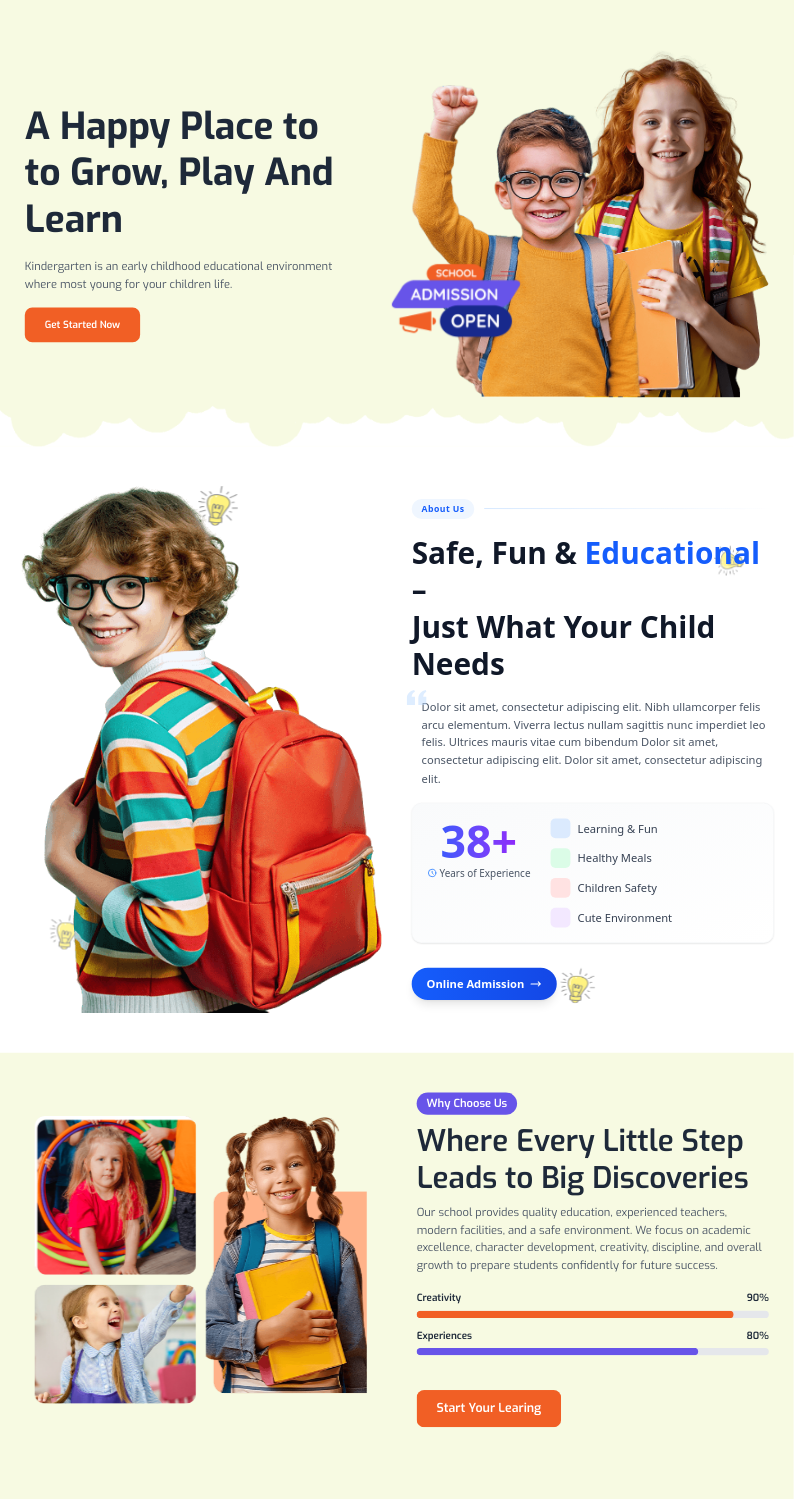
Repository: deepak445566/school
Page: / (app in okwork/)
These files come from the project's save history. The page is drawn as it stood at one moment and after a run of saves; the edit follows.
The browser window is 1280 px wide. The pictures show the whole page, at 62% of full size.
Some web fonts or font styles are not loaded; a fallback is used. The project was rebuilt for these pictures with package versions that can differ from the ones it lists, and the page was loaded fresh each time. Some packages were replaced by stand-ins written for this rebuild. Also part of the build but not shown: okwork/vite.config.js.

Above is the page before, as saved 2026-02-18 19:03:07.

### okwork/index.html
<!doctype html>
<html lang="en">
  <head>
    <meta charset="UTF-8" />
    <link rel="icon" type="image/svg+xml" href="/vite.svg" />
    <meta name="viewport" content="width=device-width, initial-scale=1.0" />
    <title>okwork</title>
    <link rel="preconnect" href="https://fonts.googleapis.com">
<link rel="preconnect" href="https://fonts.gstatic.com" crossorigin>
<link href="https://fonts.googleapis.com/css2?family=Abril+Fatface&family=Alan+Sans:wght@300..900&family=Big+Shoulders:opsz,wght@10..72,100..900&family=Exo+2:ital,wght@0,100..900;1,100..900&family=Exo:ital,wght@0,100..900;1,100..900&family=Montserrat:ital,wght@0,100..900;1,100..900&family=Orbitron:wght@400..900&family=Poppins:ital,wght@0,100;0,200;0,300;0,400;0,500;0,600;0,700;0,800;0,900;1,100;1,200;1,300;1,400;1,500;1,600;1,700;1,800;1,900&family=Prata&family=Rajdhani:wght@300;400;500;600;700&display=swap" rel="stylesheet">
  </head>
  <body>
    <div id="root"></div>
    <script type="module" src="/src/main.jsx"></script>
  </body>
</html>

### okwork/src/index.css
@import "tailwindcss";


.exo {
  font-family: "Exo", sans-serif;

  font-style: normal;
}

### okwork/src/App.jsx
import React from 'react'
import Home from './components/Home'
import About from './components/About'
import WhyChooseUs from './components/WhyChooseUs'

function App() {
  return (
    <>
    <Home/>
    <About/>
    <WhyChooseUs/>
    </>
  )
}

export default App

### okwork/src/components/Home.jsx
import React from "react";

const Home = () => {
  // Image URL - using a high-quality free image
  const imageUrl =
    "/images/hero1.png";
  const kalagiImageUrl = "/images/text.png";
  return (
    <div className="min-h-screen bg-[#F7FAE2] overflow-hidden exo relative ">
      {/* Main container - centered with responsive padding */}
      <div className="container mx-auto px-6 py-12 md:px-12 lg:px-10 min-h-screen flex items-center relative z-10">

        {/* Flex container: column on mobile, row on desktop */}
        <div className="flex flex-col md:flex-row items-center gap-12 lg:gap-5 w-full">

          {/* LEFT SECTION: 40% width */}
          <div className="w-full md:w-[45%] text-center md:text-left space-y-6 md:space-y-6">
            {/* Heading with gradient effect */}
            <h1 className="text-4xl text-gray-800 md:text-5xl lg:text-6xl font-bold leading-tight exo">
             A Happy Place to
              <br />
              <span className="text-gray-800">to Grow, Play And </span>
              <br />
              <span className="text-gray-800">   Learn</span>
            </h1>

            {/* Paragraph description */}
            <p className="text-lg md:text-lg text-gray-600 max-w-2xl mx-auto md:mx-0">
           Kindergarten is an early childhood educational environment where
most young for your children life.
            </p>

            {/* Button with hover effects */}
            <div className="flex justify-center md:justify-start">
              <button className="group relative px-8 py-4 bg-[#F15F25] text-white font-semibold rounded-xl float hover:shadow-xl hover:transform hover:-translate-y-1 transition-all duration-300 ease-in-out">
                <span className="relative z-10">Get Started Now</span>
              </button>
            </div>
          </div>

          {/* RIGHT SECTION: 60% width */}
          <div className="w-full md:w-[55%] flex justify-center md:justify-end">
            <div className="relative w-full max-w-md lg:max-w-xl ">
              {/* Main image */}
              <img
                src={imageUrl}
                alt="Team collaboration in modern workspace"
                className="relative z-10 w-full h-auto rounded-2xl object-cover "
              />
               <img
                src={kalagiImageUrl}
                alt="Decorative element"
                className="absolute bottom-0 left-7 lg:left-0 z-20 w-24 h-24 md:w-52 md:h-52 object-contain -translate-x-4 -translate-y-4 animate-bounce-slow"
              />
            </div>
          </div>
        </div>

      </div>
        <div className=" absolute bottom-0  z-1000">
          <img src="/images/hero-line.png" className="w-full"/>
        </div>

      {/* Add custom animation keyframes */}
       <style jsx>{`
        @keyframes blob {
          0% { transform: translate(0px, 0px) scale(1); }
          33% { transform: translate(30px, -50px) scale(1.1); }
          66% { transform: translate(-20px, 20px) scale(0.9); }
          100% { transform: translate(0px, 0px) scale(1); }
        }

        @keyframes float {
          0% {
            transform: translateY(0px);
          }
          50% {
            transform: translateY(-20px);
          }
          100% {
            transform: translateY(0px);
          }
        }

        @keyframes bounce-slow {
          0%, 100% {
            transform: translate(-1rem, -1rem) translateY(0);
          }
          50% {
            transform: translate(-1rem, -1rem) translateY(-20px);
          }
        }

        .animate-blob {
          animation: blob 7s infinite;
        }

        .animate-float {
          animation: float 6s ease-in-out infinite;
        }

        .animate-bounce-slow {
          animation: bounce-slow 4s ease-in-out infinite;
        }

        .animation-delay-2000 {
          animation-delay: 2s;
        }
      `}</style>
    </div>
  );
};

export default Home;

### okwork/src/components/About.jsx
import React from 'react';

// Import images at the top for easy path management


const About = () => {
  const bulbIcon =
    "/images/tubelight.png";
    const starIcon =
    "/images/tubelight.png";
    const aboutImage =
    "/images/about-1.png";
  return (
    <div className="max-w-7xl mx-auto px-4 sm:px-6 lg:px-8 py-12 md:py-16 relative">
      {/* Animated elements - increased size */}
      <div className="absolute top-20 left-1/4 animate-bounce">
        <img src={bulbIcon} alt="bulb" className="w-16 h-16 opacity-50" />
      </div>
      <div className="absolute bottom-20 right-1/4 animate-pulse">
        <img src={starIcon} alt="star" className="w-14 h-14 opacity-50" />
      </div>
      <div className="absolute top-40 right-20 animate-spin-slow">
        <img src={starIcon} alt="star" className="w-12 h-12 opacity-40" />
      </div>
      <div className="absolute bottom-40 left-20 animate-float">
        <img src={bulbIcon} alt="bulb" className="w-14 h-14 opacity-40" />
      </div>

      <div className="flex flex-col lg:flex-row gap-8 lg:gap-12 items-center relative z-10">
        {/* Left side - Image */}
        <div className="lg:w-1/2 w-full">
          <img
            src={aboutImage}
            alt="About Us"
            className="w-full h-auto rounded-lg object-cover "
          />
        </div>

        {/* Right side - Content */}
        <div className="lg:w-1/2 w-full space-y-6">
          {/* About Us Label with decorative line */}
          <div className="flex items-center gap-4">
            <span className="text-sm font-semibold text-blue-600 tracking-wider bg-blue-50 px-4 py-1.5 rounded-full">
              About Us
            </span>
            <div className="h-px flex-1 bg-gradient-to-r from-blue-200 to-transparent"></div>
          </div>

          {/* Main Heading */}
          <h1 className="font-helvetica text-4xl md:text-5xl font-bold text-gray-900 leading-tight">
            Safe, Fun & <span className="text-blue-600">Educational</span> –<br />
            Just What Your Child Needs
          </h1>

          {/* Description with quote icon */}
          <div className="relative">
            <svg className="absolute -top-4 -left-2 w-8 h-8 text-blue-200 opacity-50" fill="currentColor" viewBox="0 0 24 24">
              <path d="M14.017 21v-7.391c0-5.704 3.731-9.57 8.983-10.609l.995 2.151c-2.432.917-3.995 3.638-3.995 5.849h4v10h-9.983zm-14.017 0v-7.391c0-5.704 3.748-9.57 9-10.609l.996 2.151c-2.433.917-3.996 3.638-3.996 5.849h3.983v10h-9.983z" />
            </svg>
            <p className="text-gray-600 text-base md:text-lg leading-relaxed pl-4">
              Dolor sit amet, consectetur adipiscing elit. Nibh ullamcorper felis arcu elementum.
              Viverra lectus nullam sagittis nunc imperdiet leo felis. Ultrices mauris vitae cum
              bibendum Dolor sit amet, consectetur adipiscing elit. Dolor sit amet, consectetur
              adipiscing elit.
            </p>
          </div>

          {/* Stats and Features - Improved UI */}
          <div className="bg-gradient-to-br from-gray-50 to-white p-6 rounded-2xl border border-gray-100 shadow-sm">
            <div className="flex flex-wrap items-start gap-8">
              {/* Left side - 38+ Experience with improved styling */}
              <div className="flex-shrink-0 text-center">
                <div className="text-6xl md:text-7xl font-bold text-transparent bg-clip-text bg-gradient-to-r from-blue-600 to-purple-600">
                  38+
                </div>
                <div className="text-gray-600 mt-1 font-medium flex items-center gap-1">
                  <svg className="w-4 h-4 text-blue-500" fill="none" stroke="currentColor" viewBox="0 0 24 24">
                    <path strokeLinecap="round" strokeLinejoin="round" strokeWidth={2} d="M12 8v4l3 3m6-3a9 9 0 11-18 0 9 9 0 0118 0z" />
                  </svg>
                  Years of Experience
                </div>
              </div>

              {/* Right side - Features list with improved styling */}
              <div className="space-y-4 flex-1">
                {/* Learning & Fun */}
                <div className="flex items-center gap-3 group hover:translate-x-1 transition-transform duration-300">
                  <div className="w-8 h-8 bg-blue-100 rounded-lg flex items-center justify-center group-hover:bg-blue-200 transition-colors">

                  </div>
                  <span className="text-gray-700 text-lg font-medium">Learning & Fun</span>
                </div>

                {/* Healthy Meals */}
                <div className="flex items-center gap-3 group hover:translate-x-1 transition-transform duration-300">
                  <div className="w-8 h-8 bg-green-100 rounded-lg flex items-center justify-center group-hover:bg-green-200 transition-colors">

                  </div>
                  <span className="text-gray-700 text-lg font-medium">Healthy Meals</span>
                </div>

                {/* Children Safety */}
                <div className="flex items-center gap-3 group hover:translate-x-1 transition-transform duration-300">
                  <div className="w-8 h-8 bg-red-100 rounded-lg flex items-center justify-center group-hover:bg-red-200 transition-colors">

                  </div>
                  <span className="text-gray-700 text-lg font-medium">Children Safety</span>
                </div>

                {/* Cute Environment */}
                <div className="flex items-center gap-3 group hover:translate-x-1 transition-transform duration-300">
                  <div className="w-8 h-8 bg-purple-100 rounded-lg flex items-center justify-center group-hover:bg-purple-200 transition-colors">

                  </div>
                  <span className="text-gray-700 text-lg font-medium">Cute Environment</span>
                </div>
              </div>
            </div>
          </div>

          {/* Online Admission Link with improved styling */}
          <div className="pt-4">
            <a
              href="#"
              className="inline-flex items-center gap-2 text-lg font-semibold text-white bg-gradient-to-r from-blue-600 to-blue-700 hover:from-blue-700 hover:to-blue-800 px-6 py-3 rounded-full shadow-lg hover:shadow-xl transition-all duration-300 group"
            >
              Online Admission
              <svg className="w-5 h-5 group-hover:translate-x-1 transition-transform" fill="none" stroke="currentColor" viewBox="0 0 24 24">
                <path strokeLinecap="round" strokeLinejoin="round" strokeWidth={2} d="M17 8l4 4m0 0l-4 4m4-4H3" />
              </svg>
            </a>
          </div>
        </div>
      </div>

      {/* Add custom animations to your global CSS */}
      <style jsx>{`
        @keyframes spin-slow {
          from {
            transform: rotate(0deg);
          }
          to {
            transform: rotate(360deg);
          }
        }
        .animate-spin-slow {
          animation: spin-slow 8s linear infinite;
        }

        @keyframes float {
          0%, 100% {
            transform: translateY(0px);
          }
          50% {
            transform: translateY(-20px);
          }
        }
        .animate-float {
          animation: float 5s ease-in-out infinite;
        }
      `}</style>
    </div>
  );
};

export default About;

### okwork/src/components/WhyChooseUs.jsx
import React from "react";

const WhyChooseUs = () => {
  return (
    <div className="min-h-screen bg-[#F7FAE2] overflow-hidden exo py-16">
      <div className="container mx-auto px-6 md:px-12 lg:px-10">

        {/* Flex container: column on mobile, row on desktop */}
        <div className="flex flex-col md:flex-row items-center gap-12 lg:gap-16">

          {/* LEFT SECTION - Pinterest style 3 images */}
          <div className="w-full md:w-1/2">
            <div className="grid grid-cols-2 gap-4 lg:p-4">
              {/* Left column - 2 images stacked */}
              <div className="space-y-4">
                {/* Top left image */}
                <div className="relative overflow-hidden rounded-2xl transition-all duration-300 transform hover:-translate-y-1">
                  <img
                    src="/images/choose1.png" // Replace with your image path
                    alt="Pinterest style 1"
                    className="w-full h-64 object-cover"
                  />
                </div>

                {/* Bottom left image */}
                <div className="relative overflow-hidden rounded-2xl transition-all duration-300 transform hover:-translate-y-1">
                  <img
                    src="/images/choose2.jpg" // Replace with your image path
                    alt="Pinterest style 2"
                    className="w-full h-48 object-cover"
                  />
                </div>
              </div>

              {/* Right column - 1 tall image */}
              <div className="relative overflow-hidden rounded-2xl transition-all duration-300 transform hover:-translate-y-1">
                <img
                  src="/images/choose3.png" // Replace with your image path
                  alt="Pinterest style 3"
                  className="w-full h-[28rem] object-cover"
                />
              </div>
            </div>
          </div>

          {/* RIGHT SECTION - Content (same as before) */}
          <div className="w-full md:w-1/2 space-y-3 exo">
            {/* Small heading */}
            <h2 className="text-white bg-[#6754E9] rounded-4xl w-fit  text-lg  px-4  py-1 font-semibold ">
              Why Choose Us
            </h2>

            {/* Main heading */}
            <h1 className="text-3xl md:text-4xl lg:text-5xl font-semibold text-gray-800 leading-tight">
              Where Every Little Step <br />
              Leads to Big Discoveries
            </h1>

            {/* Description */}
            <p className="text-gray-600 text-base md:text-lg max-w-2xl ">
             Our school provides quality education, experienced teachers, modern facilities, and a safe environment. We focus on academic excellence, character development, creativity, discipline, and overall growth to prepare students confidently for future success.
            </p>

            {/* Early Learning section */}
            <div className="space-y-4 pt-4">


              {/* Progress bars */}
              <div className="space-y-4 pt-">
                {/* Creativity */}
                <div className="space-y-2">
                  <div className="flex justify-between items-center">
                    <span className="text-gray-800 font-semibold">Creativity</span>
                    <span className="text-gray-800 font-semibold">90%</span>
                  </div>
                  <div className="w-full h-3 bg-gray-200 rounded-full overflow-hidden">
                    <div
                      className="h-full bg-[#F15F25] rounded-full"
                      style={{ width: '90%' }}
                    ></div>
                  </div>
                </div>

                {/* Experiences */}
                <div className="space-y-2">
                  <div className="flex justify-between items-center">
                    <span className="text-gray-800 font-semibold">Experiences</span>
                    <span className="text-gray-800 font-semibold">80%</span>
                  </div>
                  <div className="w-full h-3 bg-gray-200 rounded-full overflow-hidden">
                    <div
                      className="h-full bg-[#6754E9] rounded-full"
                      style={{ width: '80%' }}
                    ></div>
                  </div>
                </div>
              </div>
               <button className="group relative px-8 py-4 bg-[#F15F25] text-xl text-white font-semibold rounded-xl float hover:shadow-xl hover:transform hover:-translate-y-1 transition-all duration-300 ease-in-out mt-10">
                <span className="relative z-10">Start Your Learing</span>
              </button>
            </div>
          </div>
        </div>
      </div>
    </div>
  );
};

export default WhyChooseUs;

Loaded but not shown: okwork/src/main.jsx (common file)

After the next 3 saves:
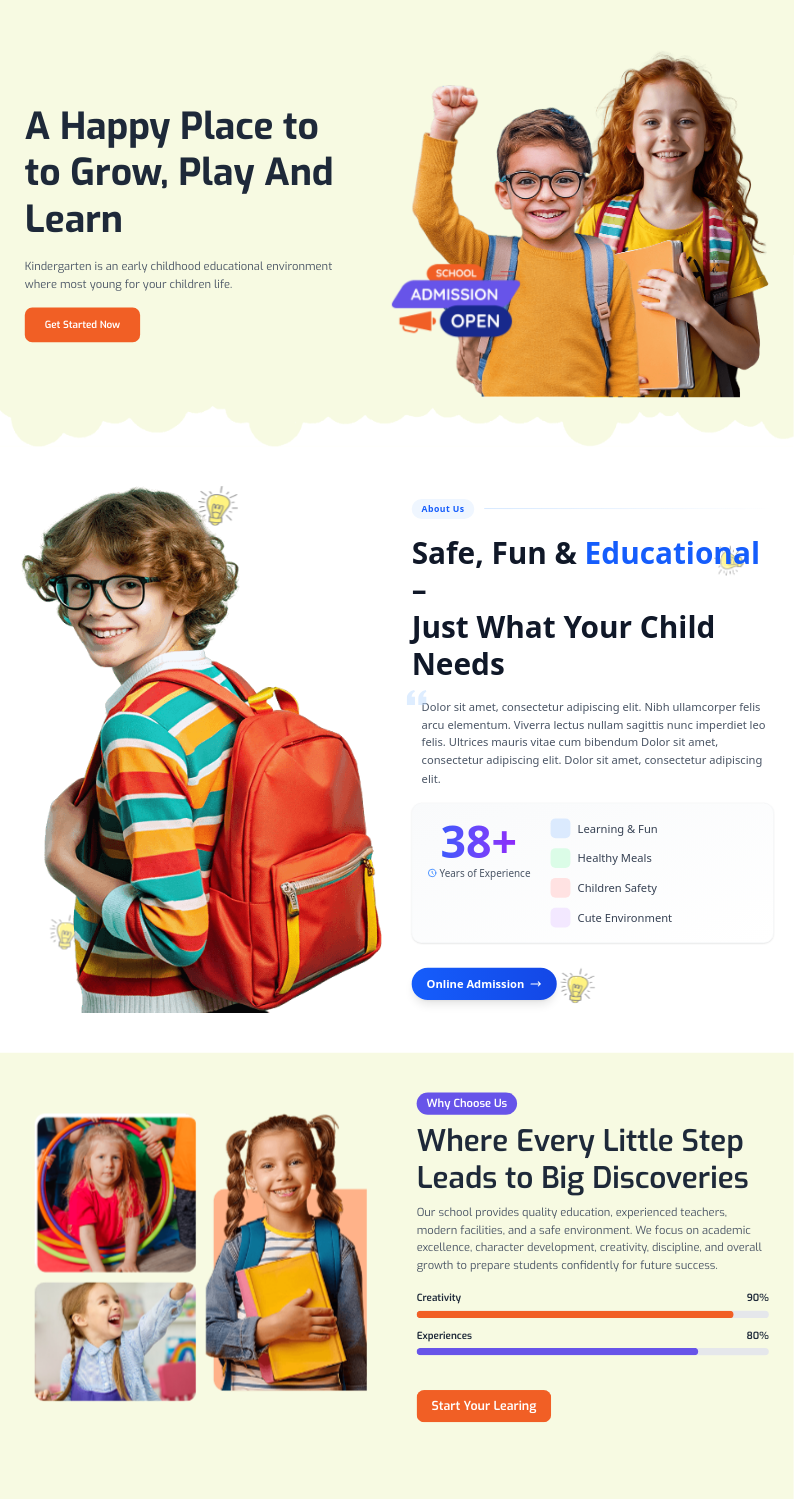
The 3 saves are shown as one change because they came seconds apart.
The last was saved 13 s later.
--- a/okwork/src/components/WhyChooseUs.jsx
+++ b/okwork/src/components/WhyChooseUs.jsx
@@ -95,7 +95,7 @@ const WhyChooseUs = () => {
                   </div>
                 </div>
               </div>
-               <button className="group relative px-8 py-4 bg-[#F15F25] text-xl text-white font-semibold rounded-xl float hover:shadow-xl hover:transform hover:-translate-y-1 transition-all duration-300 ease-in-out mt-10">
+               <button className="group relative px-6 py-3 bg-[#F15F25] text-xl text-white font-semibold rounded-xl float hover:shadow-xl hover:transform hover:-translate-y-1 transition-all duration-300 ease-in-out mt-10">
                 <span className="relative z-10">Start Your Learing</span>
               </button>
             </div>
